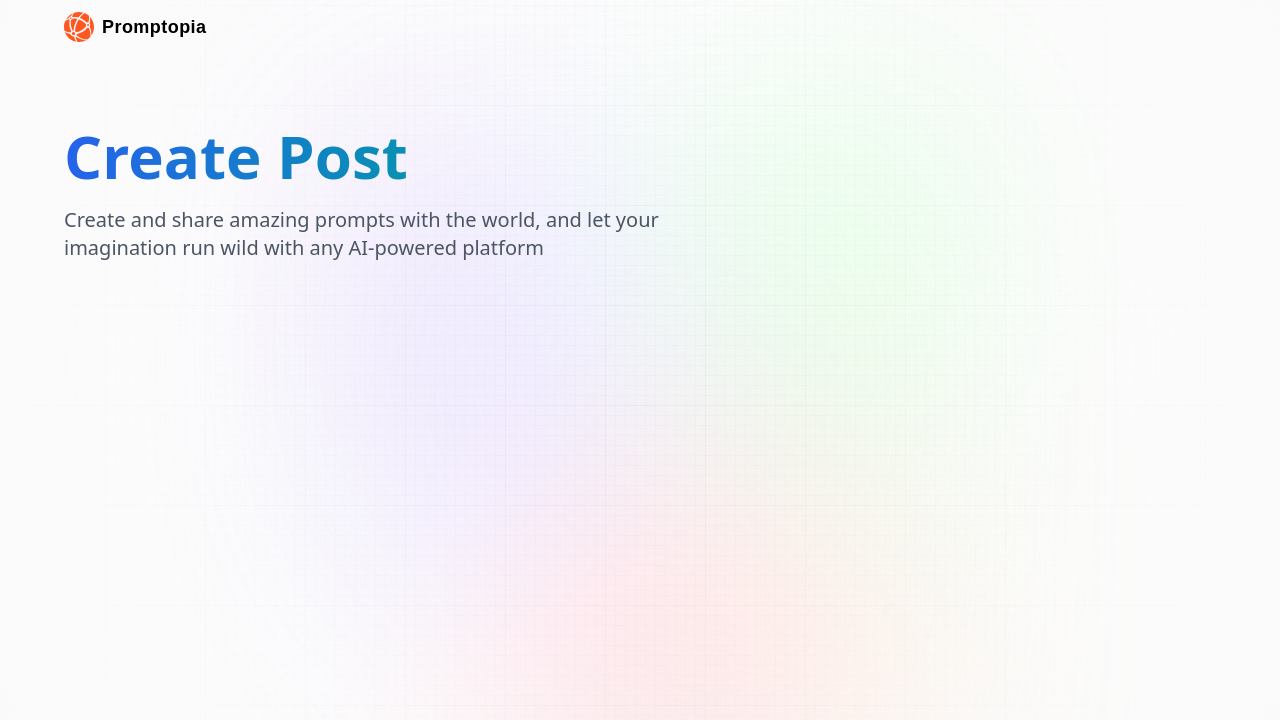
Repository: elia-orlandi/project_promptopia
Page: /create-prompt
An editor plug-in stored every save of this project. The page is shown before and after the next save, followed by the edit.
The browser window is 1280 px wide. The pictures show the whole page.
The page's requests for data from a server got no answer. The project was rebuilt for these pictures with package versions that can differ from the ones it lists, and the page was loaded fresh each time. The framework's server and built-in components were replaced by stand-ins that run in the browser. No one was signed in, and anything a server would have sent is missing. Also part of the build but not shown: next.config.mjs.

Above is the page before, as saved 2024-01-30 00:23:23.

### app/layout.jsx
import '@styles/globals.css'

import Nav from '@components/Nav'
import Provider from '@components/Provider'

export const metadata = {
    title: "Promptopia",
    description: 'Discover & Share AI Prompts'
}

const RootLayout = ({children}) => {
  return (
    <html lang="en">
        <body>
            <Provider>
                <div className="main">
                    <div className="gradient"/>
                </div>

                <main className="app">
                    <Nav />
                    {children}
                </main>
            </Provider>
        </body>
    </html>
  )
}

export default RootLayout

### app/create-prompt/page.jsx
'use client'

import { useState } from 'react'
import { useSession } from 'next-auth/react'
import { useRouter } from 'next/router'

import Form from '@components/Form'

const CreatePrompt = () => {
    const [submitting, setSubmitting] = useState(false)
    const [post, setPost] = useState({
        prompt: '',
        tag: ''
    })

    const createPrompt = async (event) => {
    }

    return (
        <Form
            type='Create'
            post={post}
            setPost={setPost}
            submitting={submitting}
            handleSubmit={createPrompt}
        />
    )
}

export default CreatePrompt

### components/Nav.jsx
'use client';

import Link from 'next/link'
import Image from 'next/image'
import { useState, useEffect } from 'react'
import { signIn, signOut, useSession, getProviders } from 'next-auth/react'

const Nav = () => {
    const { data: session } = useSession()

    const [providers, setProviders] = useState(null)
    const [toggleDropdown, setToggleDropdown] = useState(false)


    useEffect(() => {
        const setUpProviders = async () => {
            const response = await getProviders()

            setProviders(response)
        }

        setUpProviders()
    }, [])

    return (
        <nav className='flex-between w-full mb-16 pt-3'>
            <Link href='/' className='flex gap-2 flex-center'>
                <Image
                    src='/assets/images/logo.svg'
                    alt='Promptopia Logo'
                    width={30}
                    height={30}
                    className='object-contain' />
                <p className='logo_text'>Promptopia</p>
            </Link>

            { /* Desktop Navigation */}
            <div className='sm:flex hidden'>
                {session?.user ? (
                    <div className='flex gap-3 md:gap-5'>
                        <Link href="/create-prompt"
                        className='black_btn'>
                        Create Prompt
                        </Link>

                        <button type='button' onClick={signOut} className='outline_btn'>
                            Sign Out
                        </button>

                        <Link href="/profile">
                            <Image
                                src={session?.user?.image}
                                width={37}
                                height={37}
                                className='rounded-full'
                                alt='Profile'/>
                        </Link>
                    </div>
                ) : (
                    <>
                        {providers && Object.values(providers).map((provider) => (
                            <button
                                type="button"
                                key={provider.name}
                                onClick={() => signIn(provider.id)}
                                className='black_btn'
                            >
                                Sign In
                            </button>
                            ))}
                    </>
                )}
            </div>

            { /* Mobile Navigation */}
            <div className='sm:hidden flex relative'>
                {session?.user ? (
                    <div className='flex'>
                        <Image
                                src={session?.user?.image}
                                width={37}
                                height={37}
                                className='rounded-full'
                                alt='Profile'
                                onClick={() => setToggleDropdown( (prev) => !prev)}
                        />

                        {toggleDropdown && (
                            <div className='dropdown'>
                                <Link
                                    href="/profile"
                                    className='dropdown_link'
                                    onClick={() => setToggleDropdown(false)}
                                >
                                    My Profile
                                </Link>
                                <Link
                                    href="/create-prompt"
                                    className='dropdown_link'
                                    onClick={() => setToggleDropdown(false)}
                                >
                                    Create Post
                                </Link>
                                <button
                                    type='button'
                                    className="mt-5 w-full black_btn"
                                    onClick={() => {
                                        setToggleDropdown(false)
                                        signOut()
                                    }}
                                >
                                    Sign Out
                                </button>
                            </div>
                        )}
                    </div>
                ) : (
                    <>
                        {providers && Object.values(providers).map((provider) => (
                            <button
                                type="button"
                                key={provider.name}
                                onClick={() => signIn(provider.id)}
                                className='black_btn'
                            >
                                Sign In
                            </button>
                            ))}
                    </>
                )}
            </div>
        </nav>
    )
}

export default Nav

### components/Provider.jsx
"use client"

import React from 'react'

import { SessionProvider } from 'next-auth/react'

const Provider = ({ children, session }) => {
  return (
    <SessionProvider session={session}>
        {children}
    </SessionProvider>
  )
}

export default Provider

### components/Form.jsx
import React from 'react'

function Form({ type, post, setPost, submitting, handleSubmit }) {
    return (
        <section className="w-full max-w-full flex-start flex-col">
            <h1 className='head_text text-left'>
                <span className='blue_gradient'>{type} Post</span>
            </h1>
            <p className='desc text-left max-w-md'>
                {type} and share amazing prompts with the world, and let your
                imagination run wild with any AI-powered platform
            </p>
        </section>
    )
}

export default Form

Loaded but not shown: styles/globals.css (common file); tailwind.config.js (common file)

After the next save:
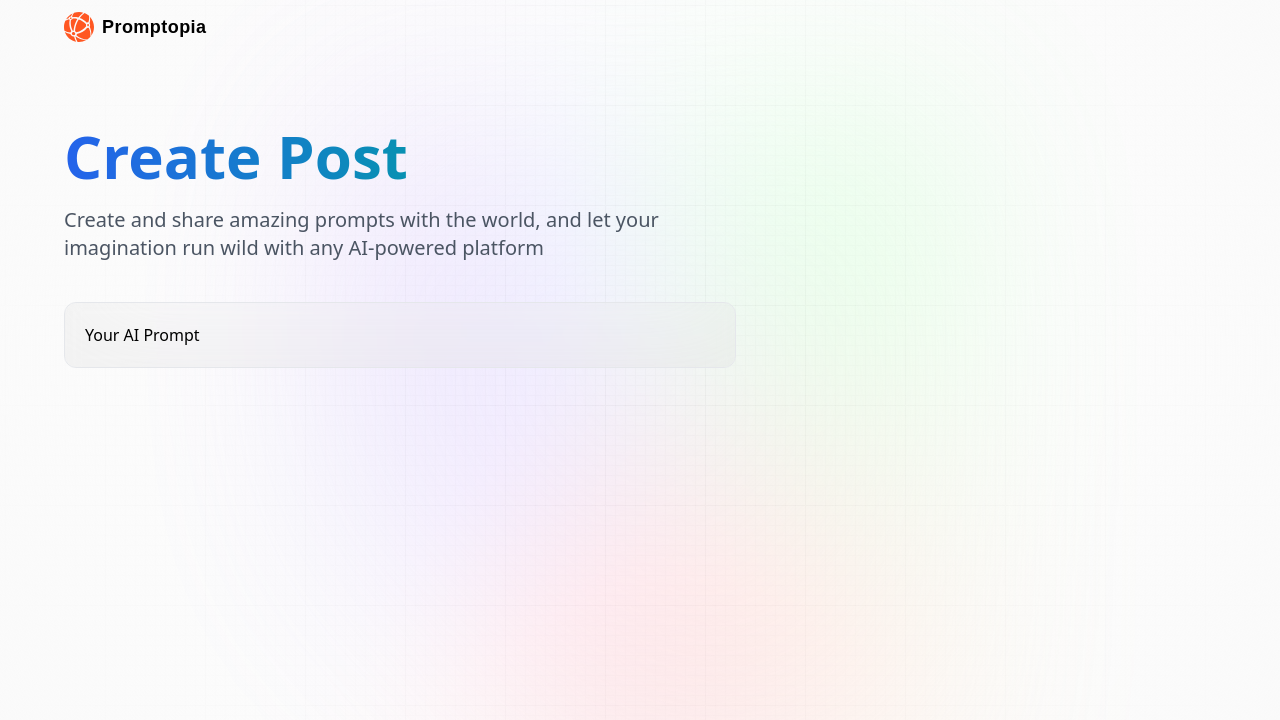
Saved 61 s later.
--- a/components/Form.jsx
+++ b/components/Form.jsx
@@ -10,6 +10,15 @@
                 {type} and share amazing prompts with the world, and let your
                 imagination run wild with any AI-powered platform
             </p>
+
+            <form
+                onSubmit={handleSubmit}
+                className='mt-10 w-full max-w-2xl flex flex-col gap-7 glassmorphism'
+            >
+                <label>
+                    <span>Your AI Prompt</span>
+                </label>
+            </form>
         </section>
     )
 }
